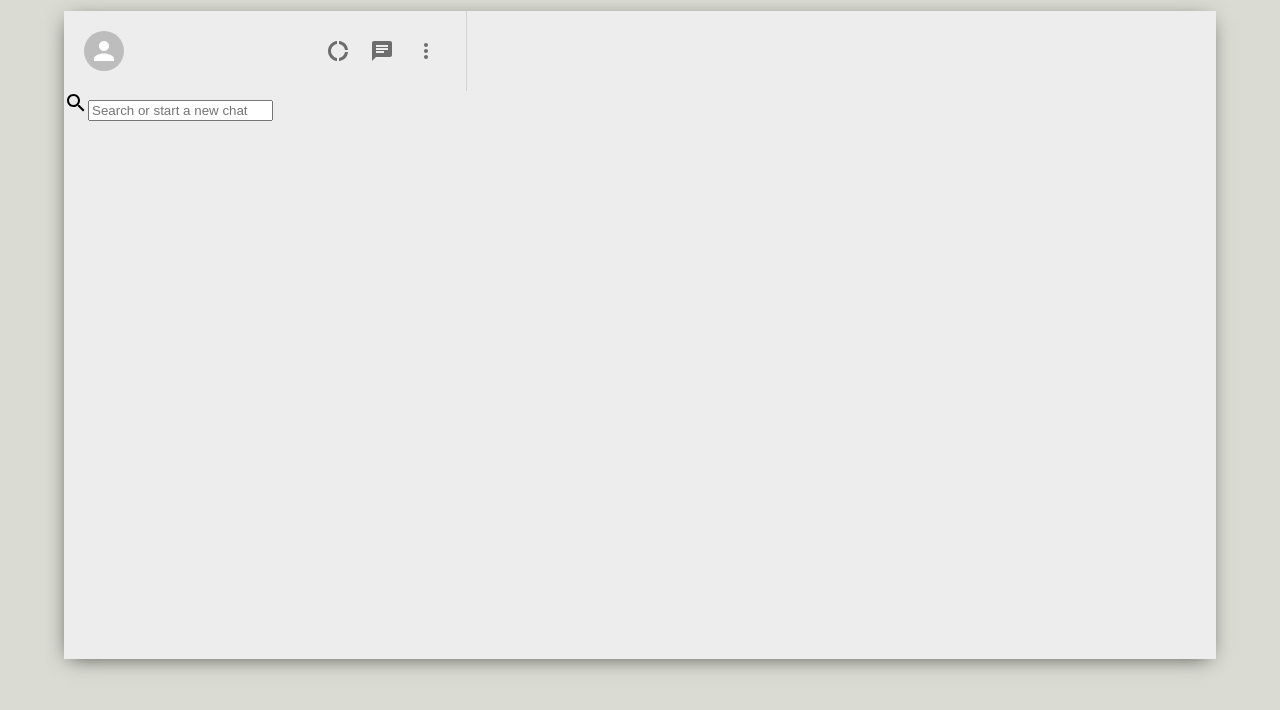
Repository: Aaronlb912/Whatsapp-clone
Page: /
An editor plug-in stored every save of this project. The page is shown before and after a run of saves, followed by the edit.
The browser window is 1280 px wide. The pictures show the whole page.
The project was rebuilt for these pictures with package versions that can differ from the ones it lists, and the page was loaded fresh each time.

Above is the page before, as saved 2022-03-15 13:52:34.

After the next 28 saves:
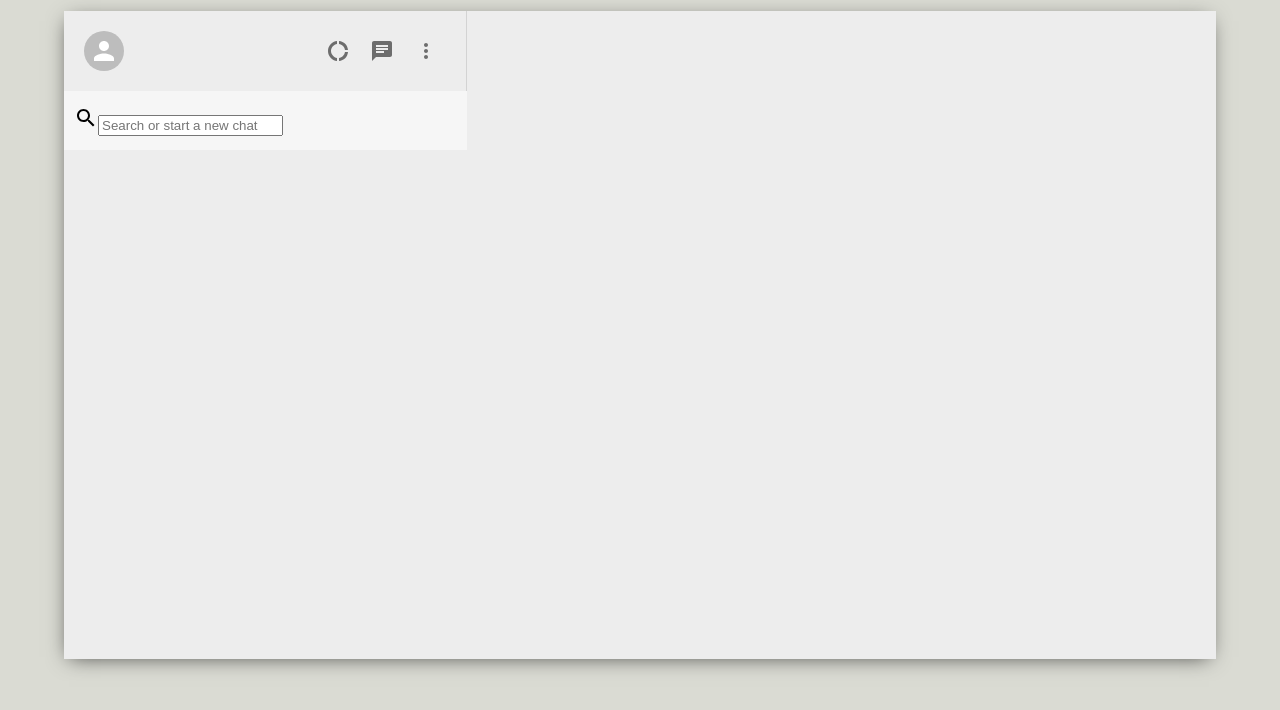
The 28 saves are shown as one change because they came seconds apart.
The last was saved 47 s later.
--- a/src/sidebar.css
+++ b/src/sidebar.css
@@ -4,7 +4,17 @@
   flex: 0.35;
 }
 
-.sidebar
+.sidebar__search{
+    display: flex;
+    align-items: center;
+    background-color: #f6f6f6;
+    height: 39px;
+    padding: 10px;
+}
+
+.sidebar__searchContainer{
+    display: ;
+}
 .sidebar__header {
   display: flex;
   justify-content: space-between;
